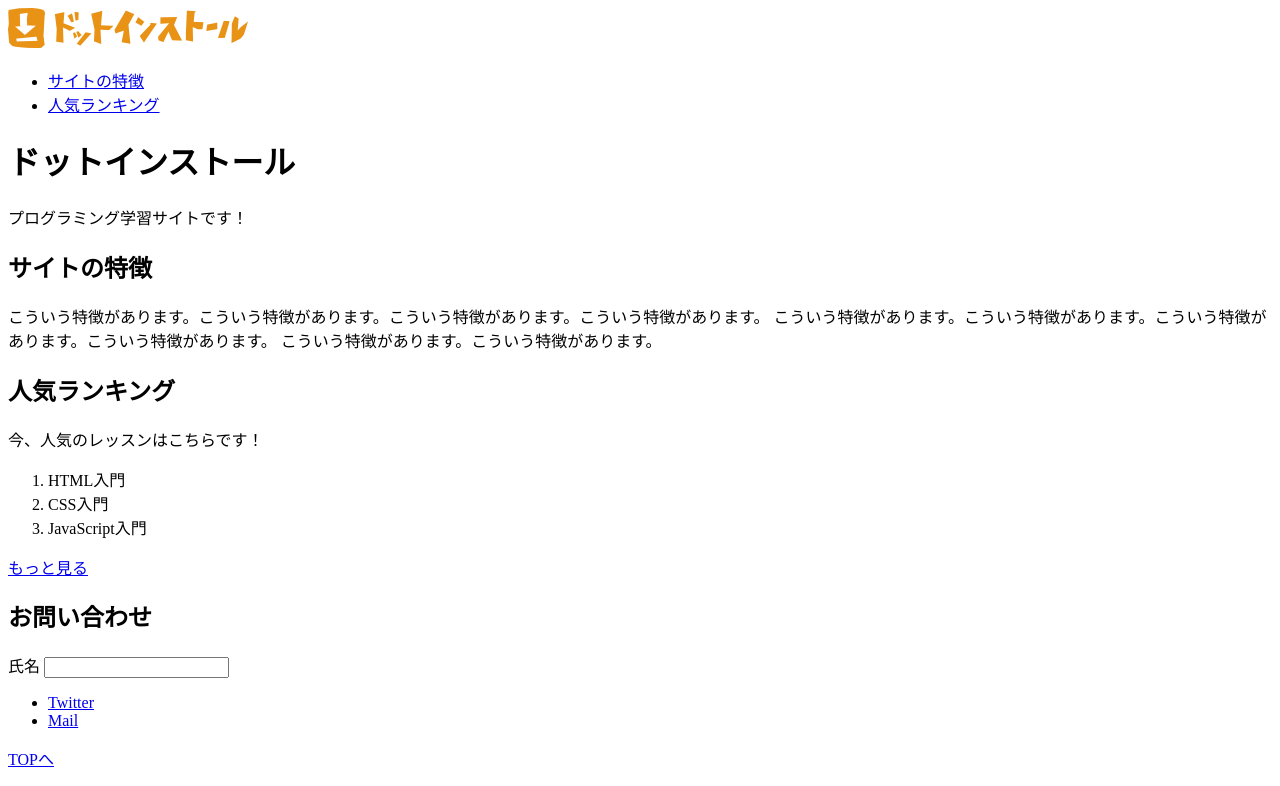
Repository: kojimayu/dotinstall-html
Page: index.html
An editor plug-in stored every save of this project. The page is shown before and after the next save, followed by the edit.
The browser window is 1280 px wide. The pictures show the whole page.

Above is the page before, as saved 2019-04-04 19:03:52.

### index.html
<!DOCTYPE html>
<html lang="ja">

<head>
    <meta charset="UTF-8">
    <title>ドットインストール</title>
    <meta name="description" content="プログラミング学習サイトのドットインストールです。">
    <link rel="icon" href="img/favicon.ico">
</head>

<body>
    <img src="img/logo.png" alt="ドットインストールのロゴです" width="240" height="40">

    <ul>
        <li><a href="#features">サイトの特徴</a></li>
        <li><a href="#ranking">人気ランキング</a></li>
    </ul>

    <h1>ドットインストール</h1>
    <p>プログラミング学習サイトです！</p>

    <h2 id="features">サイトの特徴</h2>
    <p>こういう特徴があります。こういう特徴があります。こういう特徴があります。こういう特徴があります。
        こういう特徴があります。こういう特徴があります。こういう特徴があります。こういう特徴があります。
        こういう特徴があります。こういう特徴があります。
    </p>

    <h2 id="ranking">人気ランキング</h2>
    <p>今、人気のレッスンはこちらです！</p>
    <ol>
        <li>HTML入門</li>
        <li>CSS入門</li>
        <li>JavaScript入門</li>
    </ol>
    <p><a href="more_lessons.html">もっと見る</a></p>

    <h2>お問い合わせ</h2>
    <form>
        <!-- <label>氏名<input type="text"></label> -->
        <label for="name">氏名</label>
        <input type="text" id="name">
    </form>
    <ul>
        <li><a href="https://twitter.com/dotinstall" target="_blank">Twitter</a></li>
        <li><a href="mailto:taguch@gmail.com" target="_blank">Mail</a></li>
    </ul>

    <p><a href="#top">TOPへ</a></p>
</body>

</html>

After the next save:
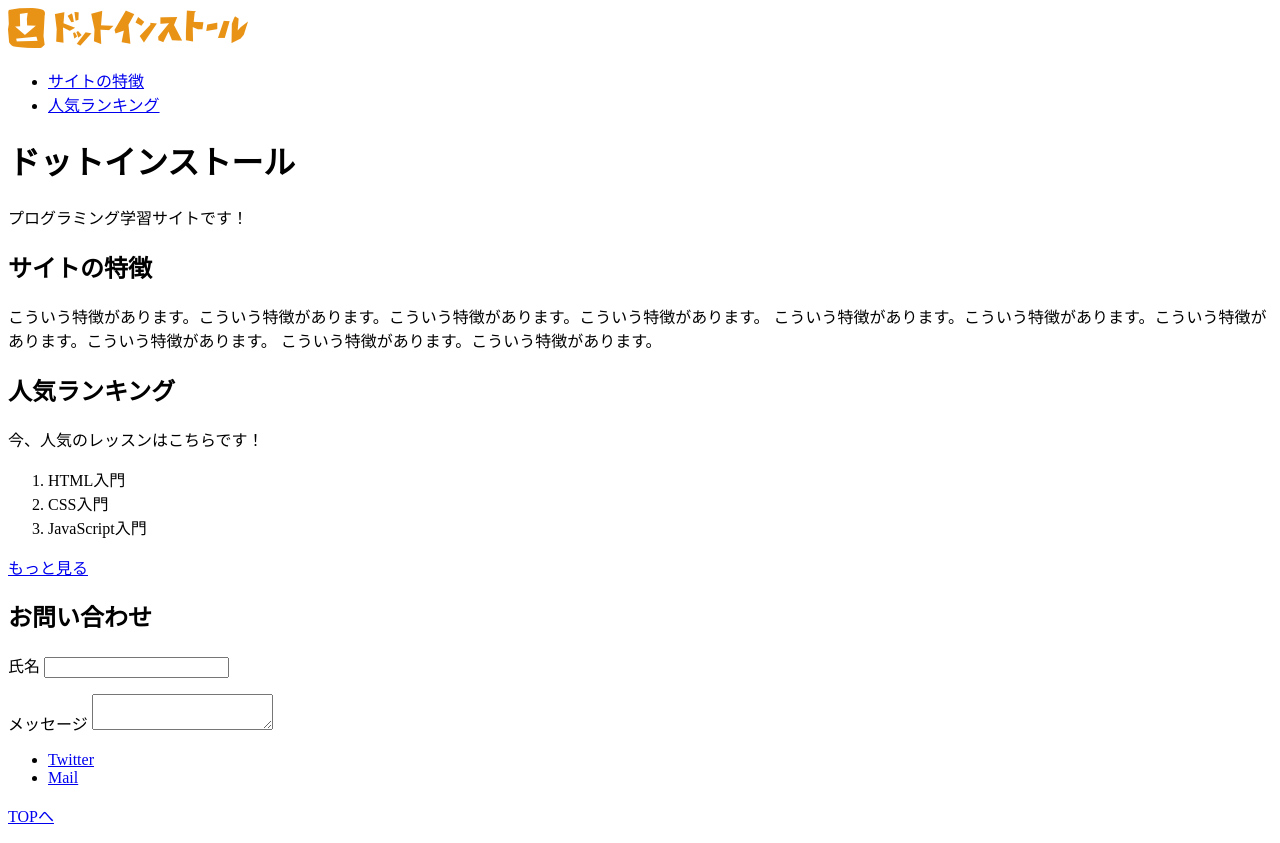
Saved 8 min 41 s later.
--- a/index.html
+++ b/index.html
@@ -36,9 +36,14 @@
 
     <h2>お問い合わせ</h2>
     <form>
-        <!-- <label>氏名<input type="text"></label> -->
-        <label for="name">氏名</label>
-        <input type="text" id="name">
+        <p>
+            <label for="name">氏名</label>
+            <input type="text" id="name">
+        </p>
+        <p>
+            <label for="messege">メッセージ</label>
+            <textarea id="messege"></textarea>
+        </p>
     </form>
     <ul>
         <li><a href="https://twitter.com/dotinstall" target="_blank">Twitter</a></li>
